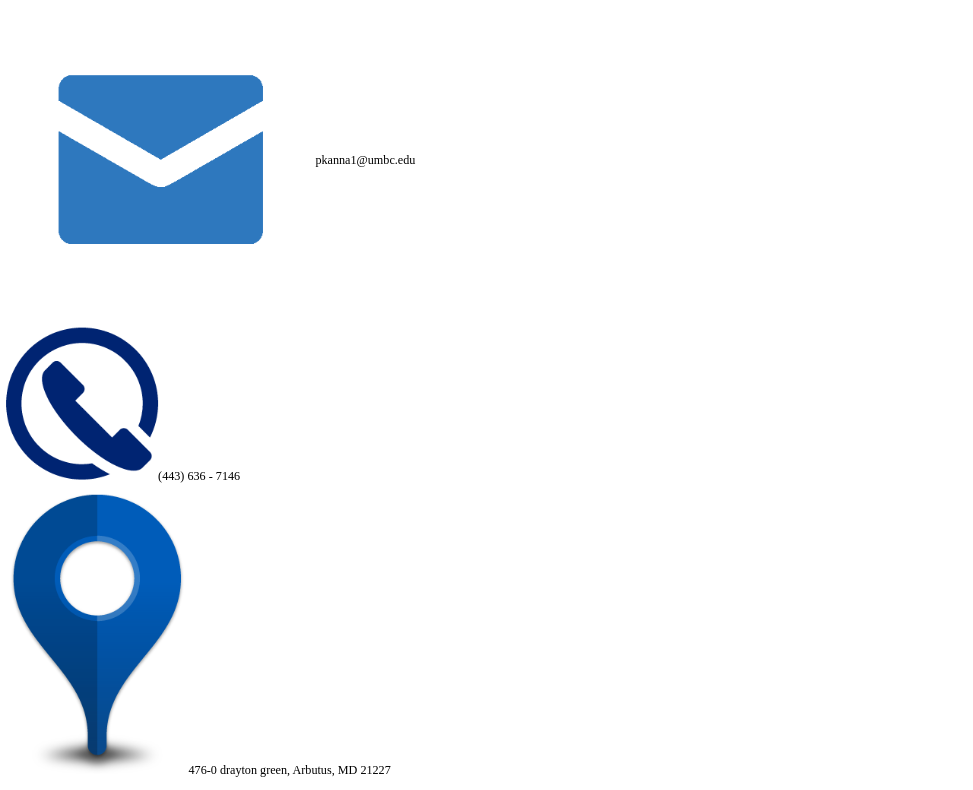
Repository: phanindrakannaji/Resume
Page: http://localhost/application/pages/contact.php
The author's editor kept a copy of each file at every save. The page is drawn from the files as they stood at one save, then again after the next save.
The browser window is 1280 px wide. The pictures show the whole page, at 76% of full size.
The page is run by PHP 8.4 with error messages shown; the project is at /var/www/html/.

Above is the page before, as saved 2016-09-25 02:02:25.
Console error: ReferenceError: $ is not defined

### Resume/application/pages/contact.php
<script src="../resources/scripts/refreshScript.js"
	type="text/javascript"></script>

<p>
<table>
	<tbody>
		<tr>
			<td width="30%"><img height="" width=""
				src="../resources/images/emaillogo.png" /></td>
			<td width="">pkanna1@umbc.edu</td>
		</tr>
	</tbody>
</table>
</p>

<p>
	<img src="../resources/images/phonelogo.png" />(443) 636 - 7146
</p>
<p>
	<img src="../resources/images/addresslogo.png" />476-0 drayton green,
	Arbutus, MD 21227
</p>

### Resume/resources/scripts/refreshScript.js
$(document).ready(function(){
	$("#commandInput").keypress(function(e){
		keypressInBox(e);
	});
})

After the next save:
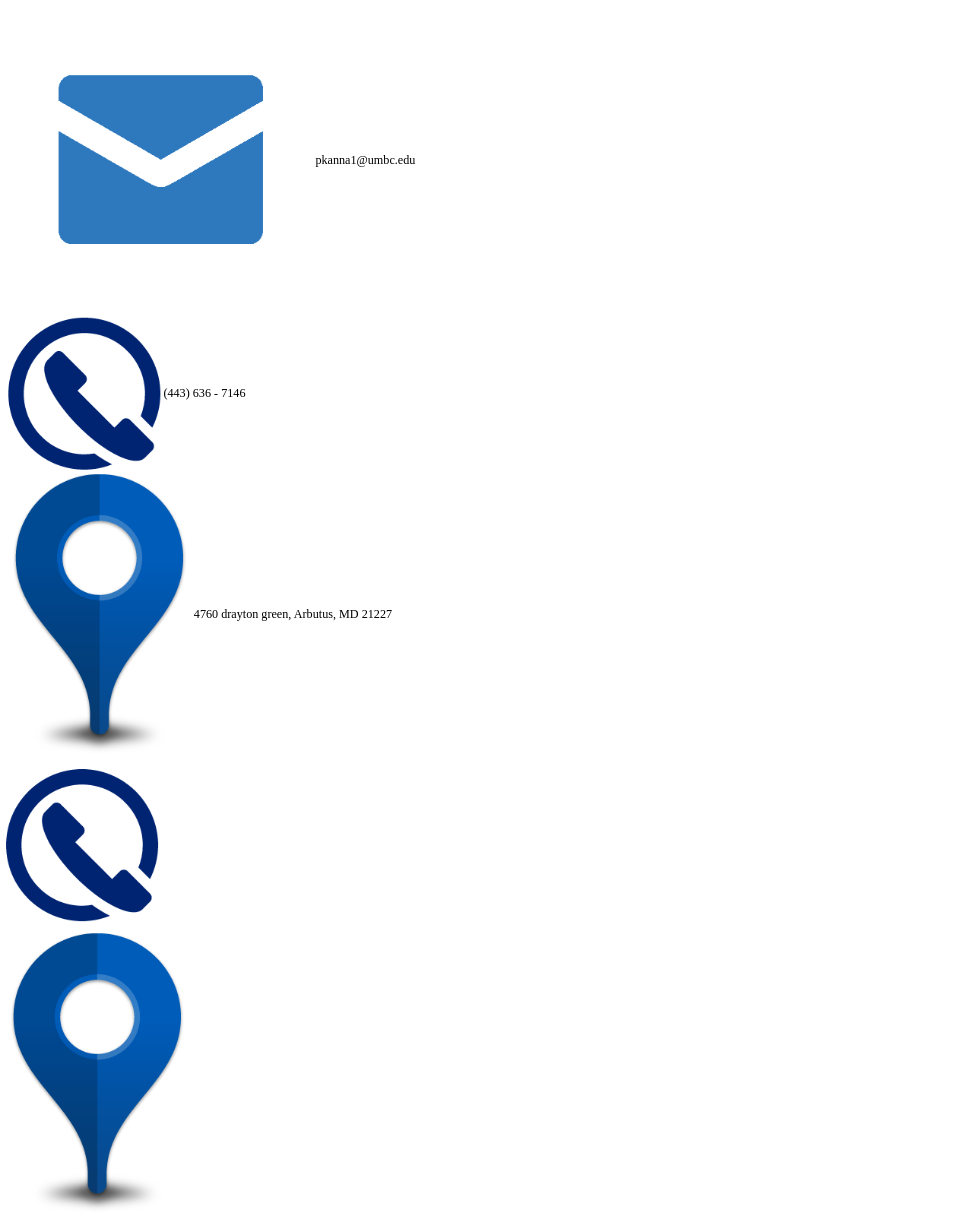
Saved 63 s later.
--- a/Resume/application/pages/contact.php
+++ b/Resume/application/pages/contact.php
@@ -1,7 +1,6 @@
 <script src="../resources/scripts/refreshScript.js"
 	type="text/javascript"></script>
 
-<p>
 <table>
 	<tbody>
 		<tr>
@@ -11,12 +10,30 @@
 		</tr>
 	</tbody>
 </table>
-</p>
+
+<table>
+	<tbody>
+		<tr>
+			<td width="30%"><img height="" width=""
+				src="../resources/images/phonelogo.png" /></td>
+			<td width="">(443) 636 - 7146</td>
+		</tr>
+	</tbody>
+</table>
+
+<table>
+	<tbody>
+		<tr>
+			<td width="30%"><img height="" width=""
+				src="../resources/images/addresslogo.png" /></td>
+			<td width="">4760 drayton green, Arbutus, MD 21227</td>
+		</tr>
+	</tbody>
+</table>
 
 <p>
-	<img src="../resources/images/phonelogo.png" />(443) 636 - 7146
+	<img src="../resources/images/phonelogo.png" />
 </p>
 <p>
-	<img src="../resources/images/addresslogo.png" />476-0 drayton green,
-	Arbutus, MD 21227
+	<img src="../resources/images/addresslogo.png" />
 </p>
